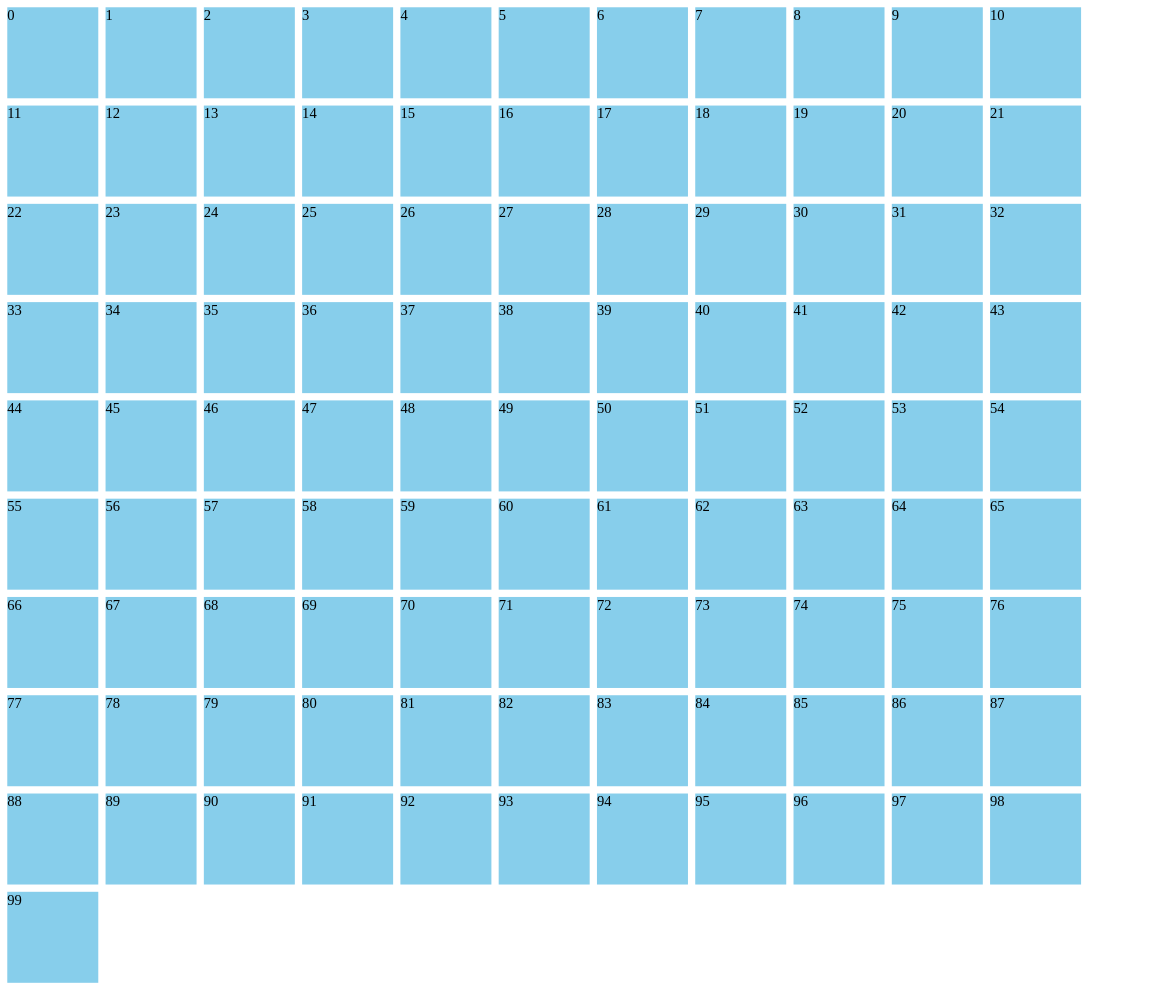
Repository: taekowithrowgit/backend
Page: environment/JS/index.html
The author's editor kept a record of every edit. The page is drawn from the files as they stood at one moment, then again after the next edit.
The browser window is 1280 px wide. The pictures show the whole page, at 91% of full size.

Above is the page before.

After the next edit:
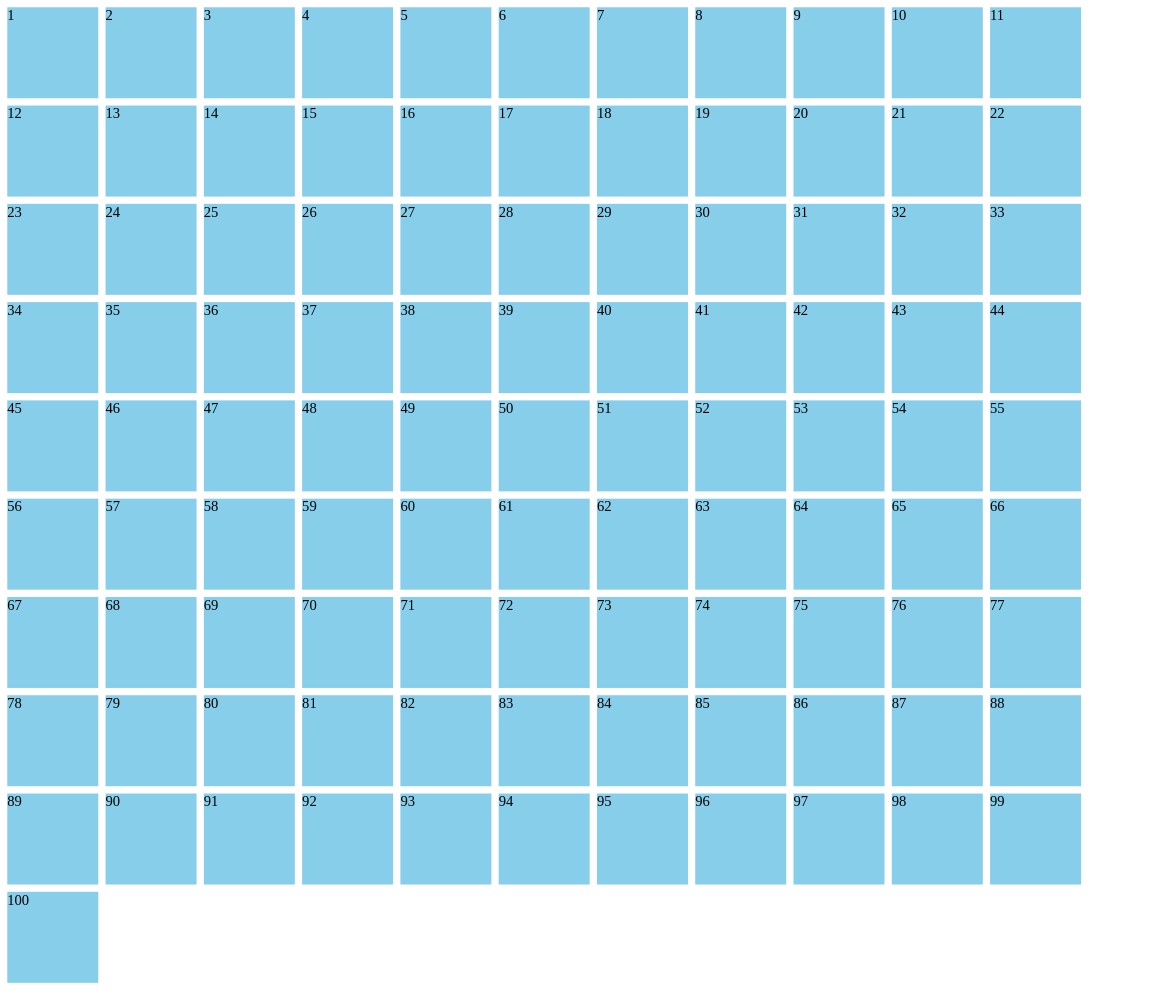
The edit:
--- a/environment/JS/index.html
+++ b/environment/JS/index.html
@@ -41,7 +41,7 @@
               for (let i = 0; i < 100; i++ ) {
                 const div = document.createElement("div");
                 div.classList.add("box");
-                div.textContent = i;
+                div.textContent = i +1 ;
                 div.addEventListener("click",() => {
                 div.classList.toggle("circle")
                 });
